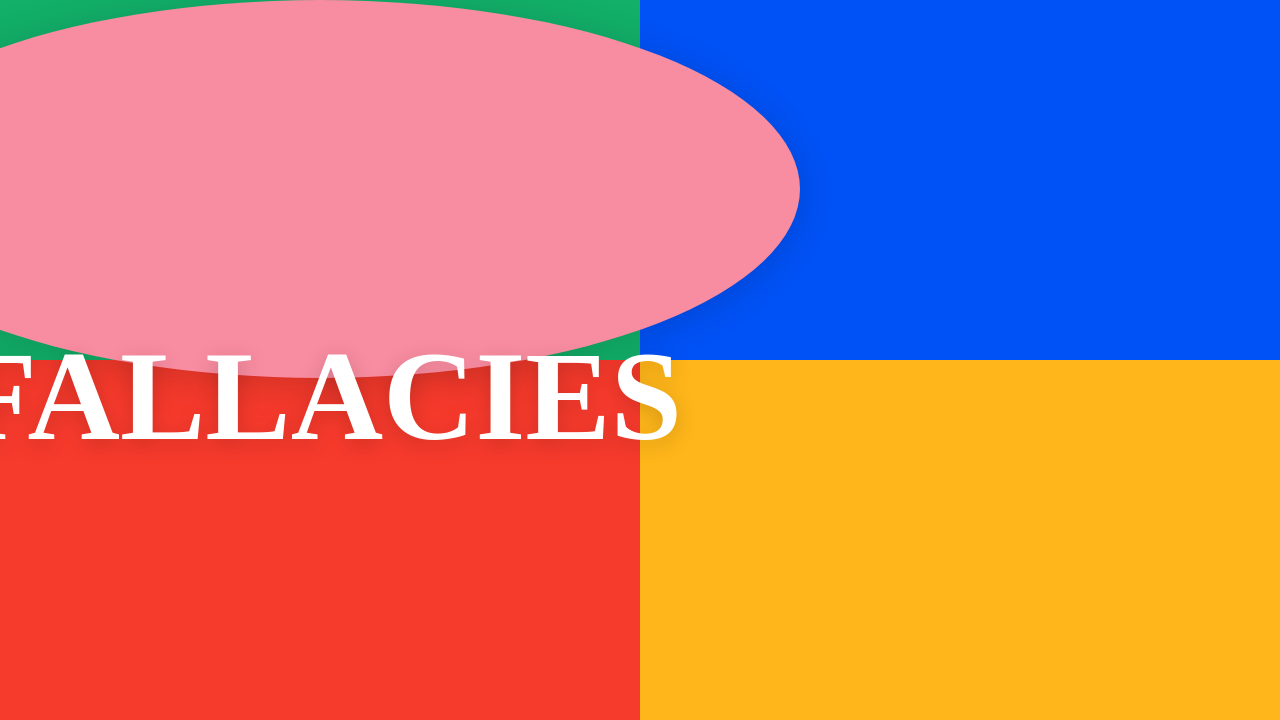
Repository: yafugray/fallacies
Page: project/Midterm project/index.html
An editor plug-in stored every save of this project. The page is shown before and after the next save, followed by the edit.
The browser window is 1280 px wide. The pictures show the whole page.

Above is the page before, as saved 2020-03-12 19:15:56.

### project/Midterm project/index.html
<!DOCTYPE html>
<html lang="en">
<head>
    <meta charset="UTF-8">
    <meta name="viewport" content="width=device-width, initial-scale=1.0">
    <title>Fallacies</title>
    <link href="app.css" rel="stylesheet">
</head>
<body>
    <div id="Mainpage">
        <div id="rec1"></div>
        <div id="rec2"></div>
        <div id="rec3"></div>
        <div id="rec4"></div>
        <div id="group1">
            <svg class="ellipse">
                <ellipse fill="rgba(248,140,160,1)" id="Ellipse_8" rx="75%" ry="75%" cx="50%" cy="75%">
                </ellipse>
            </svg>
            <div id="fallacies">
                <span>FALLACIES</span>
            </div>
        </div>
    </div>
</body>
</html>

### project/Midterm project/app.css
* {
    margin: 0;
    padding: 0;
    box-sizing: border-box;
    border: none;
}

#Mainpage {
    position: absolute;
    width: 100vw;
    height: 100vh;
    background-color: azure;
    overflow: hidden;
}
@keyframes fadein {

    0% {
        opacity: 0;
    }
    100% {
        opacity: 1;
    }

}

#rec1 {
	position: absolute;
	overflow: visible;
	width: 50vw;
	height: 50vh;
	left: 0px;
    top: 0px;
    background-color: rgba(18,176,105,1);
}
#rec4 {
	position: absolute;
	overflow: visible;
	width: 50vw;
	height: 50vh;
	left: 0px;
    bottom: 0px;
    background-color: rgba(246,58,44,1);
}
#rec2 {
	position: absolute;
	overflow: visible;
	width: 50vw;
	height: 50vh;
	right: 0px;
    top: 0px;
    background-color: rgba(0,82,247,1);
}
#rec3 {
	position: absolute;
	overflow: visible;
	width: 50vw;
	height: 50vh;
	right: 0px;
    bottom: 0px;
    background-color: rgba(255,182,26,1);
}

#group1 {
    position: relative;
	height: 100vh;
	/* height: 35vh; */
    /* left: 25%;
    right: 25%;
    top: 25%;
    bottom: 25%; */
    /* background-size: contain; */
	overflow: visible;
	--web-animation: fadein 0.3s ease-out;
	--web-action-type: page;
	--web-action-target: custom___2.html;
    cursor: pointer;
    transform: translate( -50%, -50% );
    top:50%;
    left: 50%;
}

.ellipse {
    filter: drop-shadow(0px 5px 20px rgba(0, 0, 0, 0.161));
	position: absolute;
	overflow: visible;
	width: 50vw;
	height: 35vh;
    left: 0px;
    right:0px;
    top: 0px;
    bottom: 0px;
}

#fallacies {
    filter: drop-shadow(0px 5px 10px rgba(0, 0, 0, 0.161));
    font-family: TitlingGothicFB Narrow;
    font-style: normal;
    font-weight: bold;
    font-size: 8em;
    width: 50vw;
    padding: 5px 10px;
	color: white;
	text-align: center;
	position: relative;
	top: 55%;
	left: 21%;
    transform: translate( -50%, -50% );

}

After the next save:
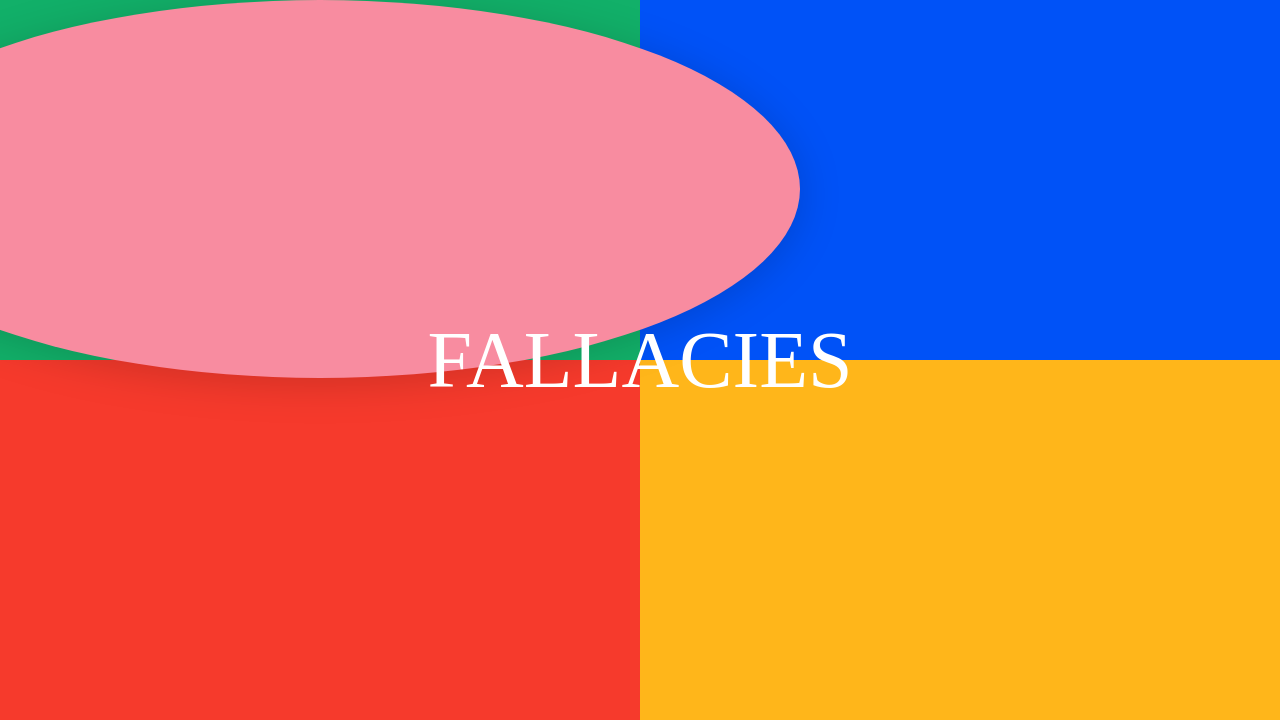
Saved 70 s later.
--- a/project/Midterm project/app.css
+++ b/project/Midterm project/app.css
@@ -92,7 +92,7 @@
 }
 
 #fallacies {
-    filter: drop-shadow(0px 5px 10px rgba(0, 0, 0, 0.161));
+    /* filter: drop-shadow(0px 5px 10px rgba(0, 0, 0, 0.161));
     font-family: TitlingGothicFB Narrow;
     font-style: normal;
     font-weight: bold;
@@ -104,6 +104,14 @@
 	position: relative;
 	top: 55%;
 	left: 21%;
-    transform: translate( -50%, -50% );
+    transform: translate( -50%, -50% ); */
+    position: absolute;
+    top:50%;
+    left:50%;
+    transform: translate(-50%, -50%);
+    font-size:5rem;
+    color: white;
+    z-index: 2;
+    text-align: center;
 
 }
